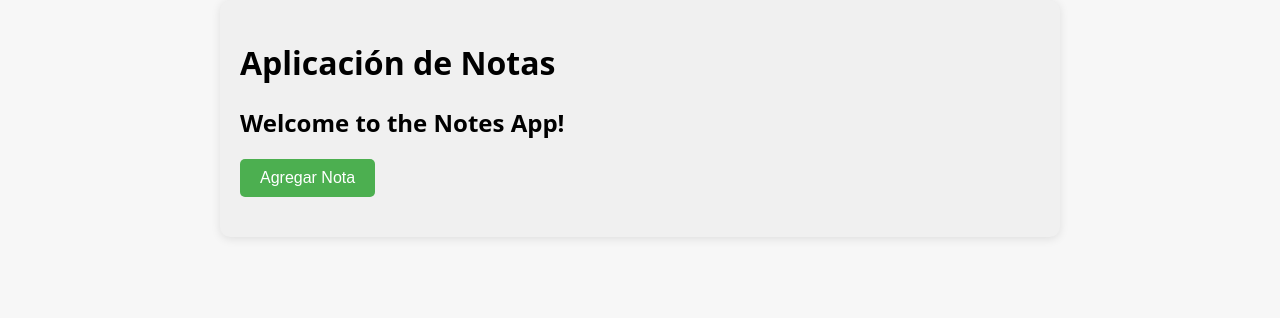
Repository: xunxuno/aplicacion_web_notas
Page: / (app in notas_web_app/)
These files come from the project's save history. The page is drawn as it stood at one moment and after the next save; the edit follows.
The browser window is 1280 px wide. The pictures show the whole page.
The project was rebuilt for these pictures with package versions that can differ from the ones it lists, and the page was loaded fresh each time. Also part of the build but not shown: notas_web_app/vite.config.ts, notas_web_app/src/components/Note.tsx, notas_web_app/src/components/NoteCollection.tsx, notas_web_app/src/components/NoteModal.tsx.

Above is the page before, as saved 2024-10-02 15:44:00.

After the next save:
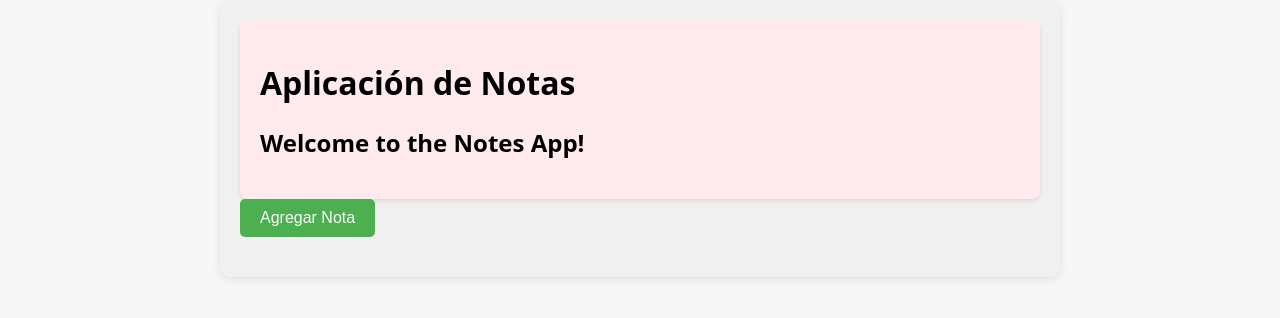
Saved 69 s later.
--- a/notas_web_app/src/components/AppBar.tsx
+++ b/notas_web_app/src/components/AppBar.tsx
@@ -1,9 +1,17 @@
+// AppBar.tsx
 import React from 'react';
 
+const AppBar: React.FC = () => {
+  const appBarStyle = {
+    backgroundColor: '#ffebee', // Color pastel
+    borderRadius: '8px',
+    margin: '0',
+    padding: '20px',
+    boxShadow: '0 2px 4px rgba(0, 0, 0, 0.1)', // Agregar sombra para mayor profundidad
+  };
 
-const AppBar: React.FC = () => {
   return (
-    <div className="app-bar">
+    <div style={appBarStyle}>
       <h1>Aplicación de Notas</h1>
       <h2>Welcome to the Notes App!</h2>
     </div>
